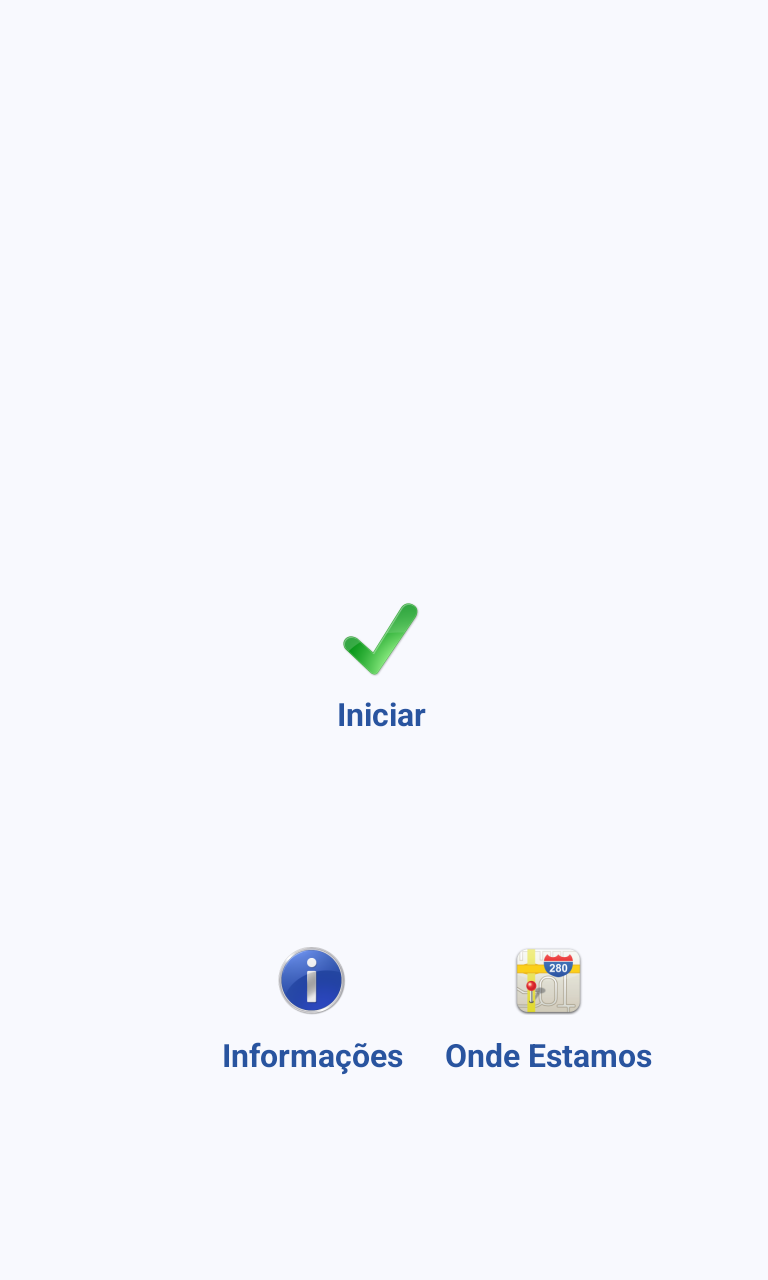
Repository: lmqs/ProjetoAndroid
Layout: TopicosProjeto/res/layout/activity_questoes.xml
These files come from the project's save history. The layout is drawn as it stood at one moment and after the next save; the edit follows.
It is drawn on a 768 x 1280 px phone screen (xhdpi) without system bars, with theme AppTheme; the app's code is not run.

Above is the layout before, as saved 2014-04-27 15:05:59.

### TopicosProjeto/res/layout/activity_questoes.xml
<RelativeLayout xmlns:android="http://schemas.android.com/apk/res/android"
    xmlns:tools="http://schemas.android.com/tools"
    android:layout_width="match_parent"
    android:layout_height="match_parent"
    android:background="#f8f9fe"
    android:paddingBottom="@dimen/activity_vertical_margin"
    android:paddingLeft="@dimen/activity_horizontal_margin"
    android:paddingRight="@dimen/activity_horizontal_margin"
    android:paddingTop="@dimen/activity_vertical_margin"
    tools:context=".Questoes" >

    <Button
        android:id="@+id/button1"
        style="@style/DashboardButton"
        android:layout_width="wrap_content"
        android:layout_height="wrap_content"
        android:layout_alignParentBottom="true"
        android:layout_alignParentRight="true"
        android:layout_marginBottom="86dp"
        android:layout_marginRight="42dp"
        android:background="@android:color/transparent"
        android:drawableTop="@drawable/maps"
        android:text="Onde Estamos" />

    <Button
        android:id="@+id/button2"
        style="@style/DashboardButton"
        android:layout_width="wrap_content"
        android:layout_height="wrap_content"
        android:layout_alignBaseline="@+id/button1"
        android:layout_alignBottom="@+id/button1"
        android:layout_marginRight="21dp"
        android:layout_toLeftOf="@+id/button1"
        android:background="@android:color/transparent"
        android:drawableTop="@drawable/info"
        android:text="Informações" />

    <Button
        android:id="@+id/button3"
        style="@style/DashboardButton"
        android:layout_width="wrap_content"
        android:layout_height="wrap_content"
        android:layout_above="@+id/button1"
        android:layout_marginBottom="99dp"
        android:layout_toLeftOf="@+id/button1"
        android:background="@android:color/transparent"
        android:drawableTop="@drawable/iniciar"
        android:text="Iniciar" />



</RelativeLayout>

### TopicosProjeto/res/values/styles.xml
<resources>

    <!--
        Base application theme, dependent on API level. This theme is replaced
        by AppBaseTheme from res/values-vXX/styles.xml on newer devices.
    -->
    <style name="AppBaseTheme" parent="android:Theme.Light">
        <!--
            Theme customizations available in newer API levels can go in
            res/values-vXX/styles.xml, while customizations related to
            backward-compatibility can go here.
        -->
    </style>

    <!-- Application theme. -->
    <style name="AppTheme" parent="AppBaseTheme">
        <!-- All customizations that are NOT specific to a particular API-level can go here. -->
    </style>

    <style name="DashboardButton">
        <item name="android:layout_gravity">center_vertical</item>
        <item name="android:layout_width">wrap_content</item>
        <item name="android:layout_height">wrap_content</item>
        <item name="android:gravity">center_horizontal</item>
        <item name="android:drawablePadding">2dp</item>
        <item name="android:textSize">16dp</item>
        <item name="android:textStyle">bold</item>
        <item name="android:textColor">#ff29549f</item>
        <item name="android:background">@null</item>
    </style>



</resources>

Loaded but not shown: TopicosProjeto/res/values-v11/styles.xml (common file); TopicosProjeto/res/values-v14/styles.xml (common file); TopicosProjeto/res/values/dimens.xml (common file)

After the next save:
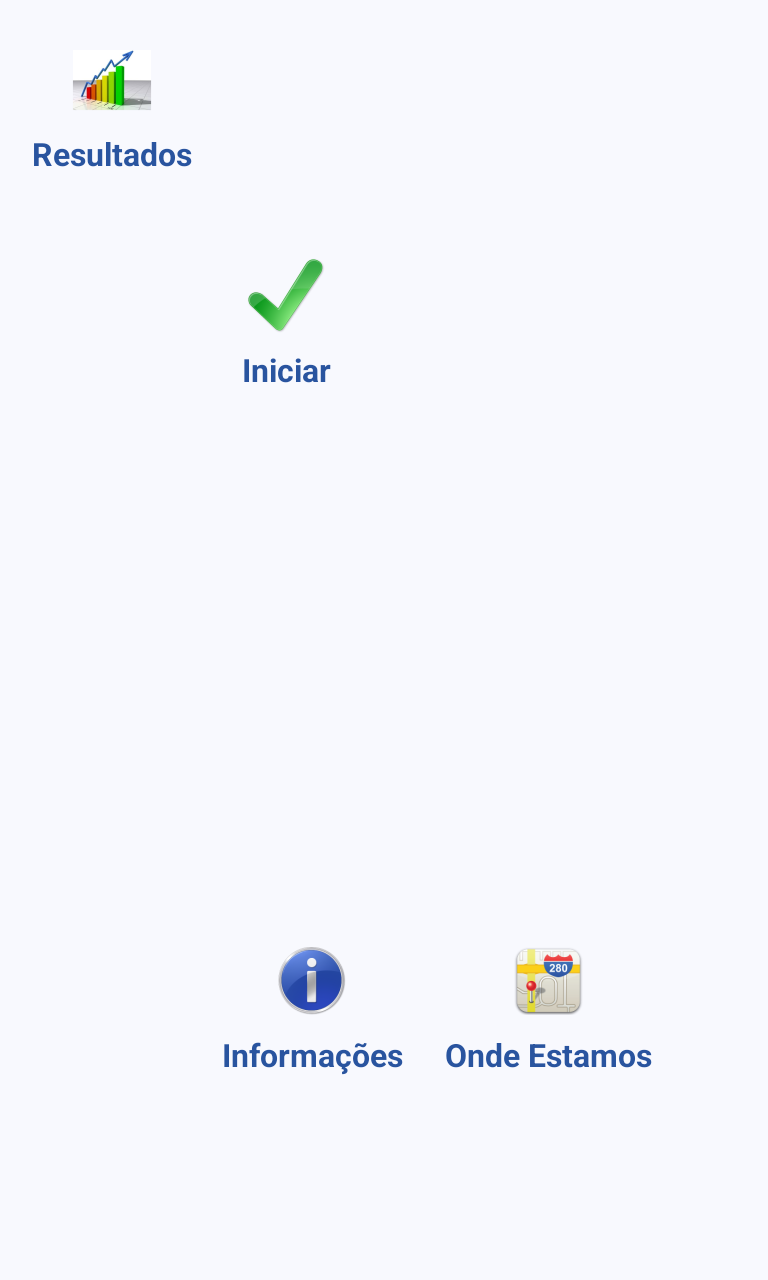
Saved 4 min 41 s later.
--- a/TopicosProjeto/res/layout/activity_questoes.xml
+++ b/TopicosProjeto/res/layout/activity_questoes.xml
@@ -40,13 +40,22 @@
         style="@style/DashboardButton"
         android:layout_width="wrap_content"
         android:layout_height="wrap_content"
-        android:layout_above="@+id/button1"
-        android:layout_marginBottom="99dp"
-        android:layout_toLeftOf="@+id/button1"
+        android:layout_alignLeft="@+id/button2"
+        android:layout_alignParentTop="true"
+        android:layout_marginTop="108dp"
         android:background="@android:color/transparent"
         android:drawableTop="@drawable/iniciar"
         android:text="Iniciar" />
 
-
+    <Button
+        android:id="@+id/button4"
+        style="@style/DashboardButton"
+        android:layout_width="wrap_content"
+        android:layout_height="wrap_content"
+        android:layout_alignLeft="@+id/imageButton1"
+        android:layout_below="@+id/imageButton1"
+        android:background="@android:color/transparent"
+        android:drawableTop="@drawable/resultados"
+        android:text="Resultados" />
 
 </RelativeLayout>
